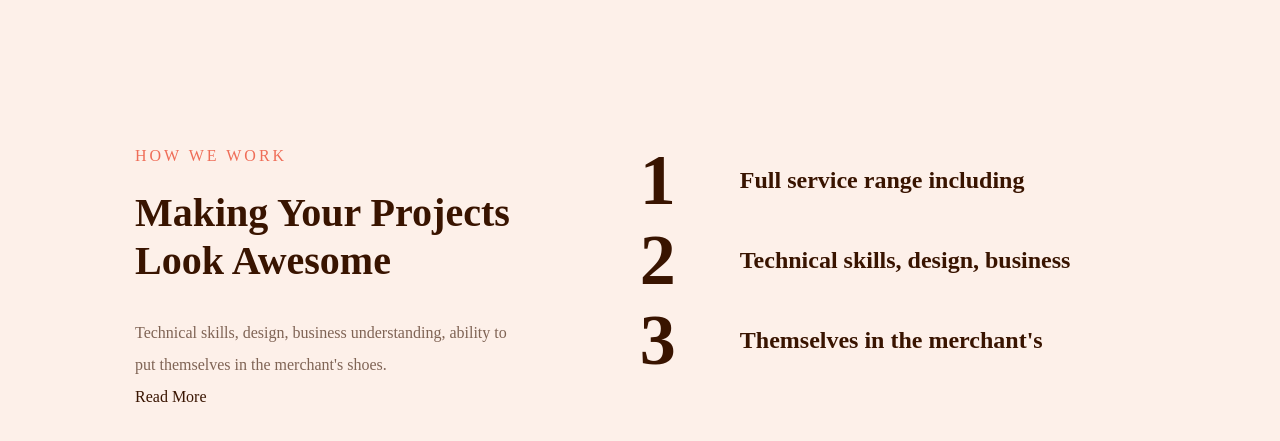
Repository: kubrazamanova/Project-3
Page: index.html
An editor plug-in stored every save of this project. The page is shown before and after the next save, followed by the edit.
The browser window is 1280 px wide. The pictures show the whole page.

Above is the page before, as saved 2023-09-13 19:24:53.

After the next save:
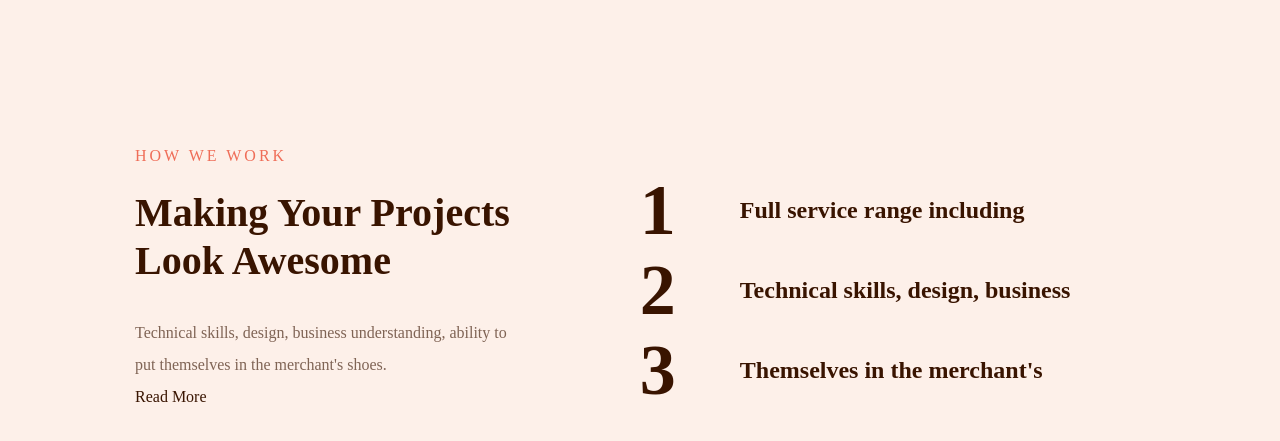
Saved 9 s later.
--- a/index.css
+++ b/index.css
@@ -57,6 +57,7 @@
 
 .container ul{
   margin-left: 130px;
+  margin-top: 30px;
 }
 .container ul li {
   display: flex;
